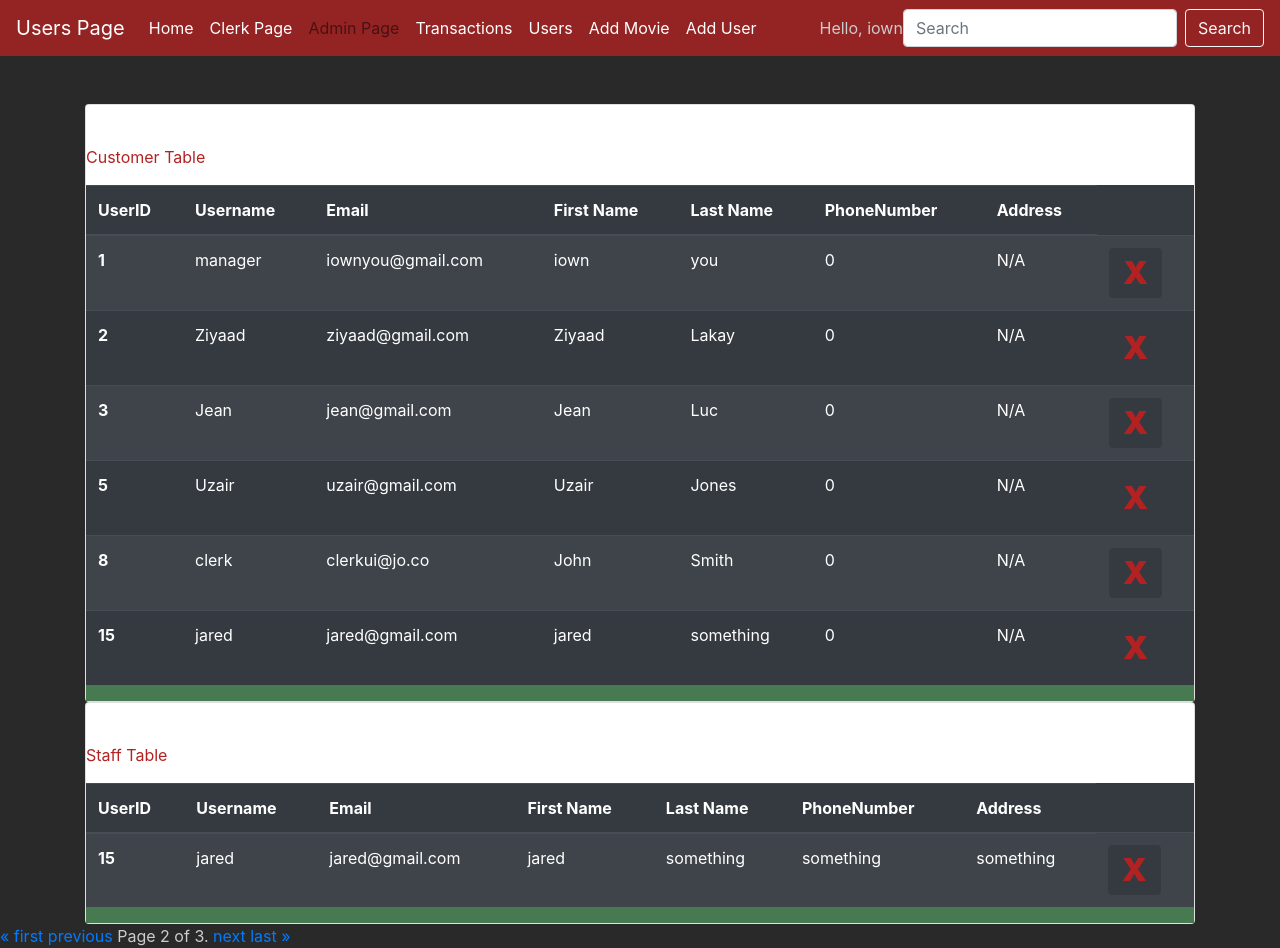
Repository: jeanluciradukunda/csc312.group.project
Page: http://localhost/userstbl/?page=2
An editor plug-in stored every save of this project. The page is shown before and after a run of saves, followed by the edit.
The browser window is 1280 px wide. The pictures show the whole page.
The page is served by the project's application, run on Django 2.2 (dvdstore/manage.py). The first stored user is signed in. The page reads the database file committed with the project.

Above is the page before, as saved 2019-09-14 17:06:04.

After the next 2 saves:
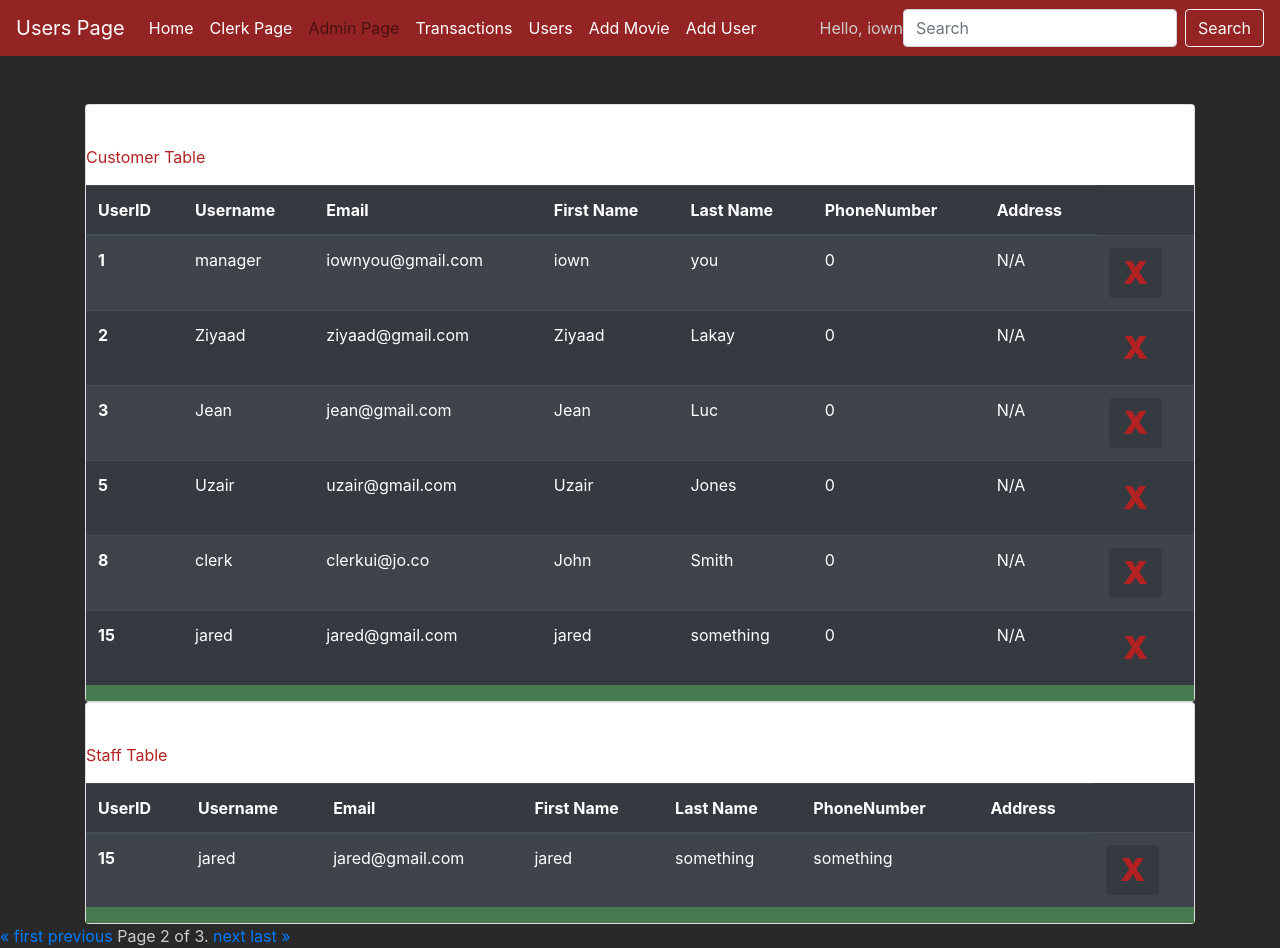
The 2 saves are shown as one change because they came seconds apart.
The last was saved 8 s later.
--- a/dvdstore/templates/userstbl.html
+++ b/dvdstore/templates/userstbl.html
@@ -155,7 +155,7 @@
                                   <td>{{use.first_name}}</td>
                                   <td>{{use.last_name}}</td>
                                   <td>{{use.last_name}}</td>
-                                  <td>{{use.last_name}}</td>
+                                  <td>{{use.addr}}</td>
                                   {% if user.is_superuser %}
 
                                   <td>
